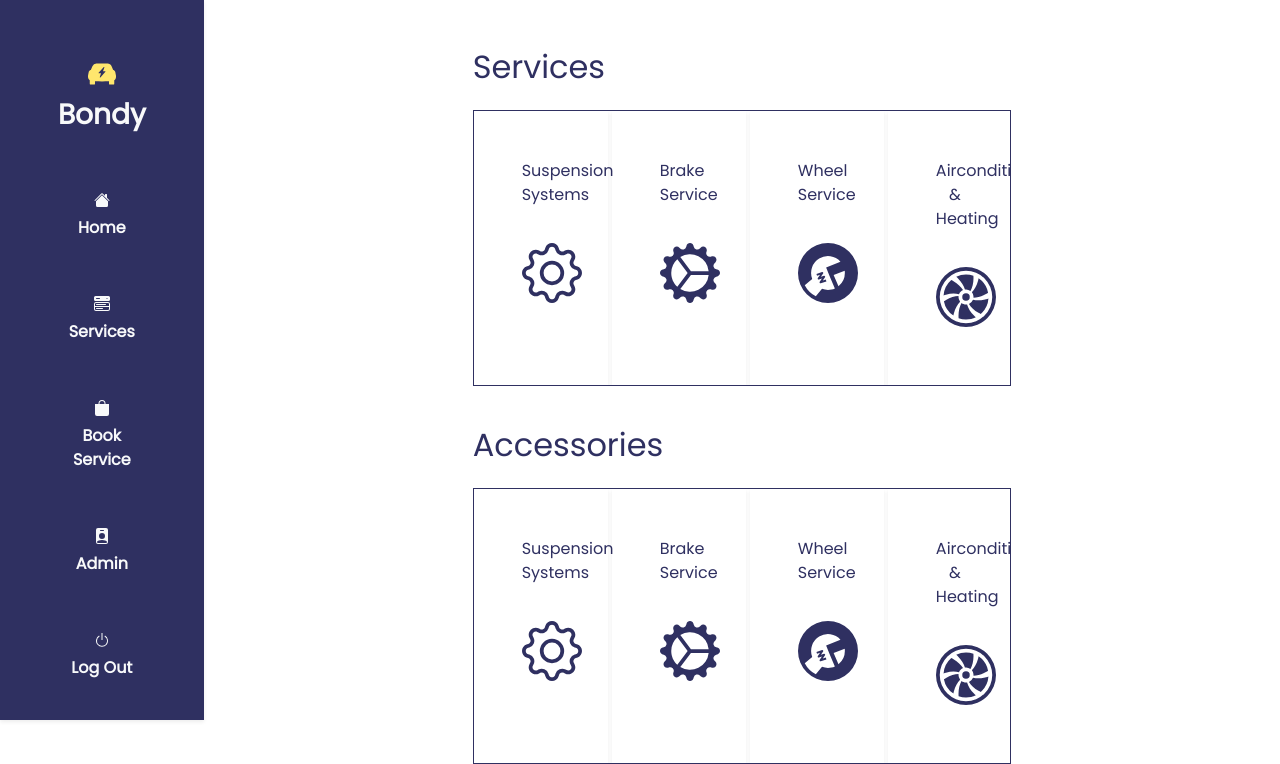
Repository: duzzisantos/bondy
Page: /
The author's editor kept a copy of each file at every save. The page is drawn from the files as they stood at one save, then again after the next save.
The browser window is 1280 px wide. The pictures show the whole page.
Some web libraries are served in a nearby version. The project was rebuilt for these pictures with package versions that can differ from the ones it lists, and the page was loaded fresh each time.

Above is the page before, as saved 2023-06-18 01:36:03.

After the next save:
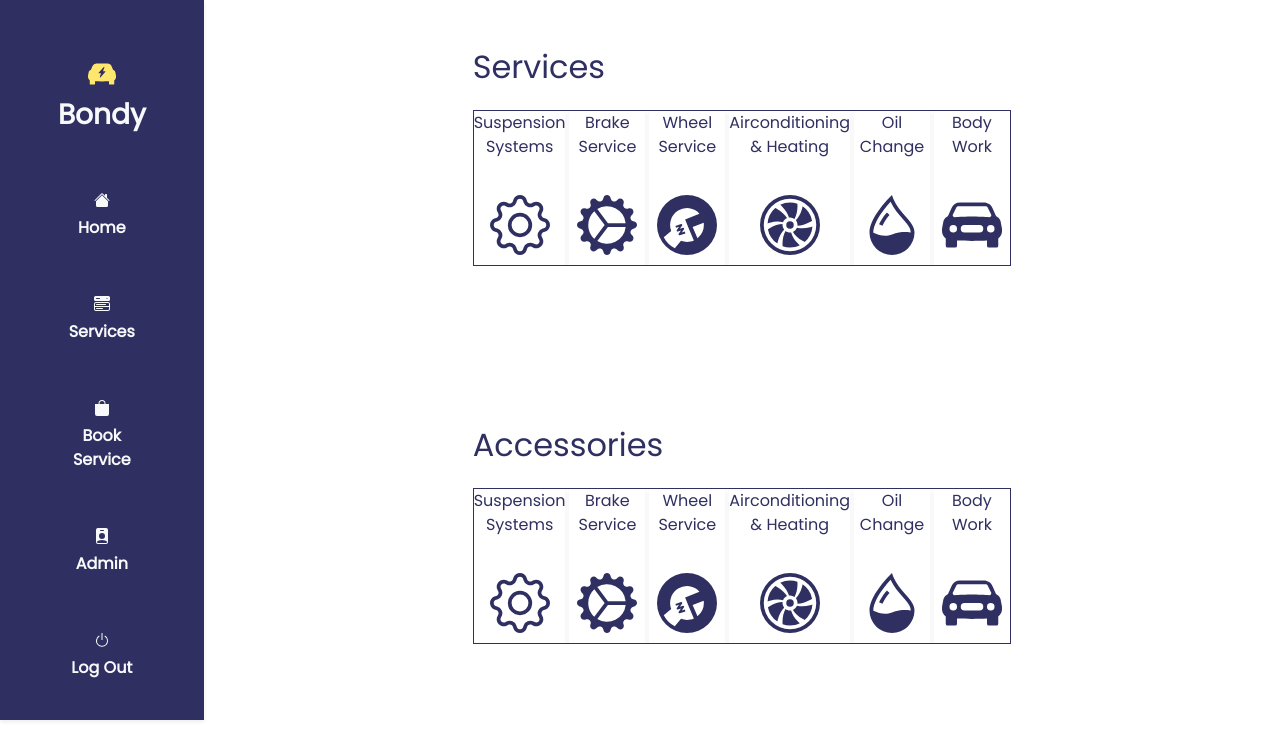
Saved 15 s later.
--- a/src/components/Home/LandingPageScrollContainer.tsx
+++ b/src/components/Home/LandingPageScrollContainer.tsx
@@ -20,7 +20,7 @@
           <Link
             to={`/services/${element.category}`}
             key={index}
-            className={`text-decoration-none text-dark p-5 w-25 shadow-sm d-flex flex-column vstack gap-3`}
+            className={`text-decoration-none text-dark w-25 shadow-sm d-flex flex-column vstack gap-3`}
             onClick={handleClick}
           >
             <span className="custom-color">{element.category}</span>

After the save that followed:
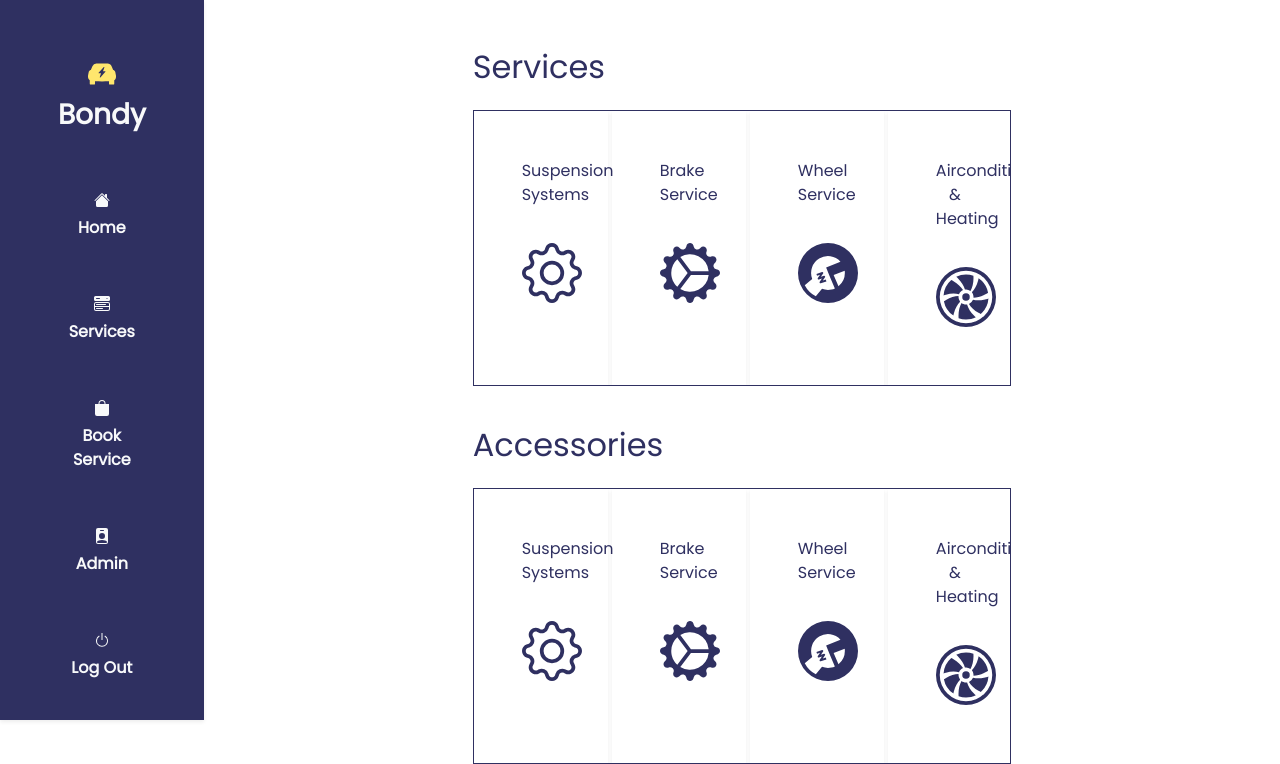
Saved 15 s later.
--- a/src/components/Home/LandingPageScrollContainer.tsx
+++ b/src/components/Home/LandingPageScrollContainer.tsx
@@ -20,7 +20,7 @@
           <Link
             to={`/services/${element.category}`}
             key={index}
-            className={`text-decoration-none text-dark w-25 shadow-sm d-flex flex-column vstack gap-3`}
+            className={`text-decoration-none text-dark p-5 w-25 shadow-sm d-flex flex-column vstack gap-3`}
             onClick={handleClick}
           >
             <span className="custom-color">{element.category}</span>
